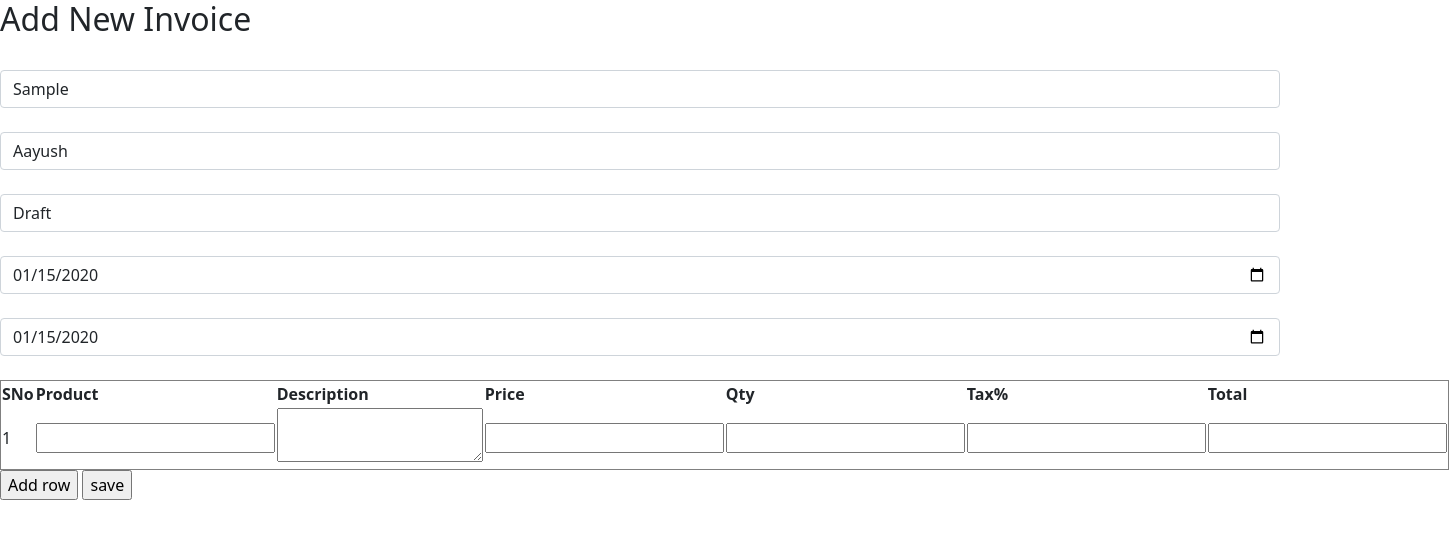
Repository: Aayush13013/Invoice_Management_app
Page: http://localhost/invoiceInfo/WEB-INF/jsp/new_invoiceInfo.jsp
The author's editor kept a copy of each file at every save. The page is drawn from the files as they stood at one save, then again after a run of saves.
The browser window is 1280 px wide. The page is 1449 px wide, then 1280 px, so the pictures cover 1449 px, including what lies to the right of the window. The pictures show the whole page.
Empty fields were first filled with sample values (such as "Sample", 5 or name@example.com).
After loading, the first visible `input[onclick="addRows('myTable')"]` was clicked once.
The page is served by Tomcat 9. Nobody is signed in. Other server files are loaded and not shown. The template is opened directly, without the code that normally fills it, so the values that code supplies are empty.

Above is the page before, as saved 2021-12-27 07:34:31.

### invoiceInfo/invoiceInfo/src/main/webapp/WEB-INF/jsp/new_invoiceInfo.jsp
<%@ page language="java" contentType="text/html; charset=ISO-8859-1"
    pageEncoding="ISO-8859-1"%>
    <%@ taglib prefix="form" uri="http://www.springframework.org/tags/form"%>
	<%@ taglib prefix="c" uri="http://java.sun.com/jsp/jstl/core"%>


	<!DOCTYPE html>
<html>

<head>
    <meta charset="ISO-8859-1">
    <title>Add New Invoice</title>
    <link href="https://cdn.jsdelivr.net/npm/bootstrap@5.0.2/dist/css/bootstrap.min.css" rel="stylesheet"
        integrity="sha384-EVSTQN3/azprG1Anm3QDgpJLIm9Nao0Yz1ztcQTwFspd3yD65VohhpuuCOmLASjC" crossorigin="anonymous">

</head>

<body>
    <script>
        function addRows(id) {
            var table = document.getElementById(id);

            var rowCount = table.rows.length;
            var row = table.insertRow(rowCount);
            var counts = rowCount-1;


            var cell0 = row.insertCell(0);
            cell0.innerHTML = rowCount ;


            var cell1 = row.insertCell(1);
            var element1 = document.createElement("input");
            element1.type = "text";
            element1.name="listOfProducts["+counts+"].productName";
            cell1.appendChild(element1);

            var cell2 = row.insertCell(2);
            var element2 = document.createElement("textarea");
            element2.type = "text";
            element2.name="listOfProducts["+counts+"].description";
            cell2.appendChild(element2);

            var cell3 = row.insertCell(3);
            var element3 = document.createElement("input");
            element3.type = "number";
            element3.name="listOfProducts["+counts+"].price";
            cell3.appendChild(element3);

            var cell4 = row.insertCell(4);
            var element4 = document.createElement("input");
            element4.type = "number";
            element4.name="listOfProducts["+counts+"].qty";
            cell4.appendChild(element4);

            var cell5 = row.insertCell(5);
            var element5 = document.createElement("input");
            element5.type = "number";
            element5.name="listOfProducts["+counts+"].taxPercent";
            cell5.appendChild(element5);

            var cell6 = row.insertCell(6);
            var element6 = document.createElement("input");
            element6.type = "number";
            element6.name="listOfProducts["+counts+"].total";
            cell6.appendChild(element6);
        }
    </script>


    <h2>Add New Invoice</h2><br>



    <form:form action="/saveInvoice" modelAttribute="invoiceInfo" method="POST">
        <form:hidden path="id" placeholder="id" class="form-control mb-4 col-4" />

        <form:input type="text" path="invoiceNo" placeholder="invoiceNo" class="form-control mb-4 col-4" />

        <form:select path="billTo"  class="form-control mb-4 col-4" required="required">
        	<optgroup label="Select_Customer">
	        	<form:option value="Aayush"></form:option>
	        	<form:option value="Shridhar"></form:option>
	        	<form:option value="Suneel"></form:option>
	        	<form:option value="Lekhana"></form:option>
        	</optgroup>
        </form:select>

        <form:select  path="status" class="form-control mb-4 col-4" >
	        <optgroup label="Select_Status">
	        	<form:option value="Draft"></form:option>
	        	<form:option value="Sent"></form:option>
	        	<form:option value="Paid"></form:option>
        	</optgroup>
        </form:select>

        <form:input type="date" path="invoiceDate" placeholder="invoiceDate" class="form-control mb-4 col-4" />

        <form:input type="date" path="dueDate" placeholder="dueDate" class="form-control mb-4 col-4" />

        <table id="myTable"  border="1">
            <thead>
                <tr>
                    <th>SNo</th>
                    <th>Product</th>
                    <th>Description</th>
                    <th>Price</th>
                    <th>Qty</th>
                    <th>Tax%</th>
                    <th>Total</th>
                </tr>

            </thead>

        </table>
        <input type="button" value="Add row" onclick="addRows('myTable')" />
        <input type="submit" value="save" />
    </form:form>
</body>

</html>

After the next 2 saves:
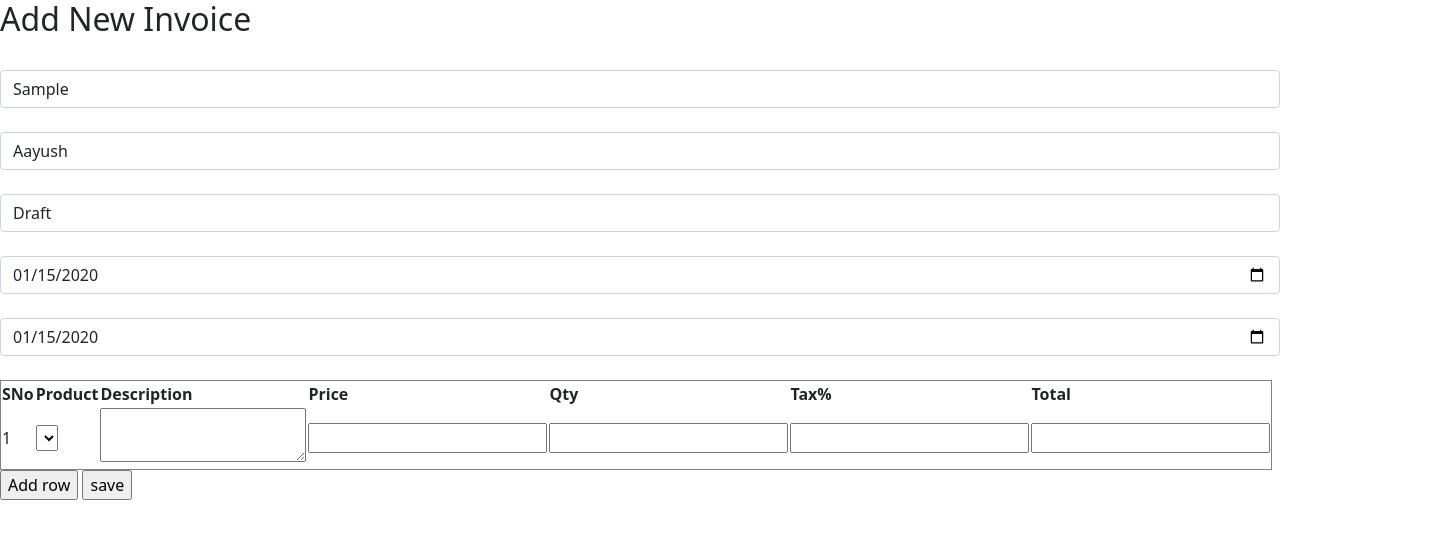
The 2 saves are shown as one change because they came seconds apart.
The last was saved 11 min 53 s later.
--- a/invoiceInfo/invoiceInfo/src/main/webapp/WEB-INF/jsp/new_invoiceInfo.jsp
+++ b/invoiceInfo/invoiceInfo/src/main/webapp/WEB-INF/jsp/new_invoiceInfo.jsp
@@ -30,7 +30,7 @@
 
 
             var cell1 = row.insertCell(1);
-            var element1 = document.createElement("input");
+            var element1 = document.createElement("select");
             element1.type = "text";
             element1.name="listOfProducts["+counts+"].productName";
             cell1.appendChild(element1);
